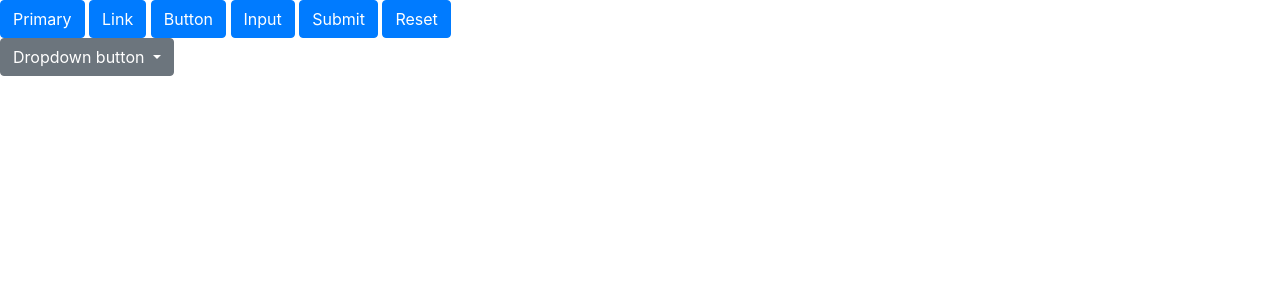
Repository: roseline0912/LikeLion
Page: Day3/bootstrap.html
The author's editor kept a record of every edit. The page is drawn from the files as they stood at one moment, then again after the next edit.
The browser window is 1280 px wide. The pictures show the whole page.

Above is the page before.

After the next edit:
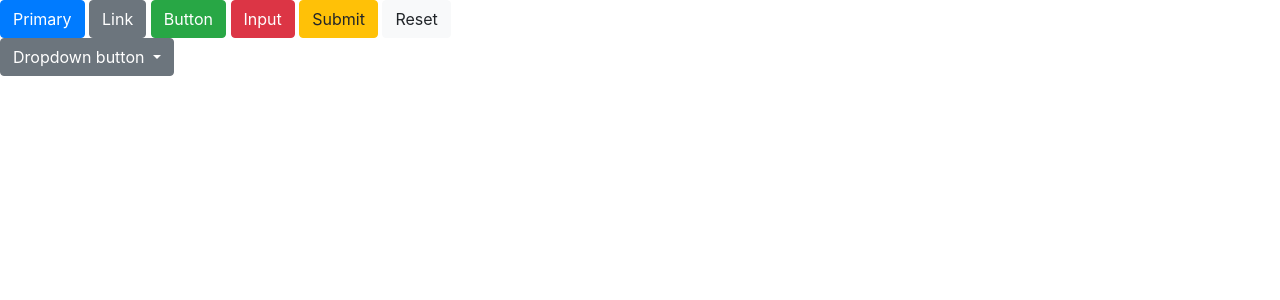
The edit:
--- a/Day3/bootstrap.html
+++ b/Day3/bootstrap.html
@@ -9,11 +9,11 @@
 </head>
 <body>
     <button type="button" class="btn btn-primary">Primary</button>
-    <a class="btn btn-primary" href="#" role="button">Link</a>
-<button class="btn btn-primary" type="submit">Button</button>
-<input class="btn btn-primary" type="button" value="Input">
-<input class="btn btn-primary" type="submit" value="Submit">
-<input class="btn btn-primary" type="reset" value="Reset">
+    <a class="btn btn-secondary" href="#" role="button">Link</a>
+<button class="btn btn-success" type="submit">Button</button>
+<input class="btn btn-danger" type="button" value="Input">
+<input class="btn btn-warning" type="submit" value="Submit">
+<input class="btn btn-light" type="reset" value="Reset">
 
 
 <div class="dropdown">
